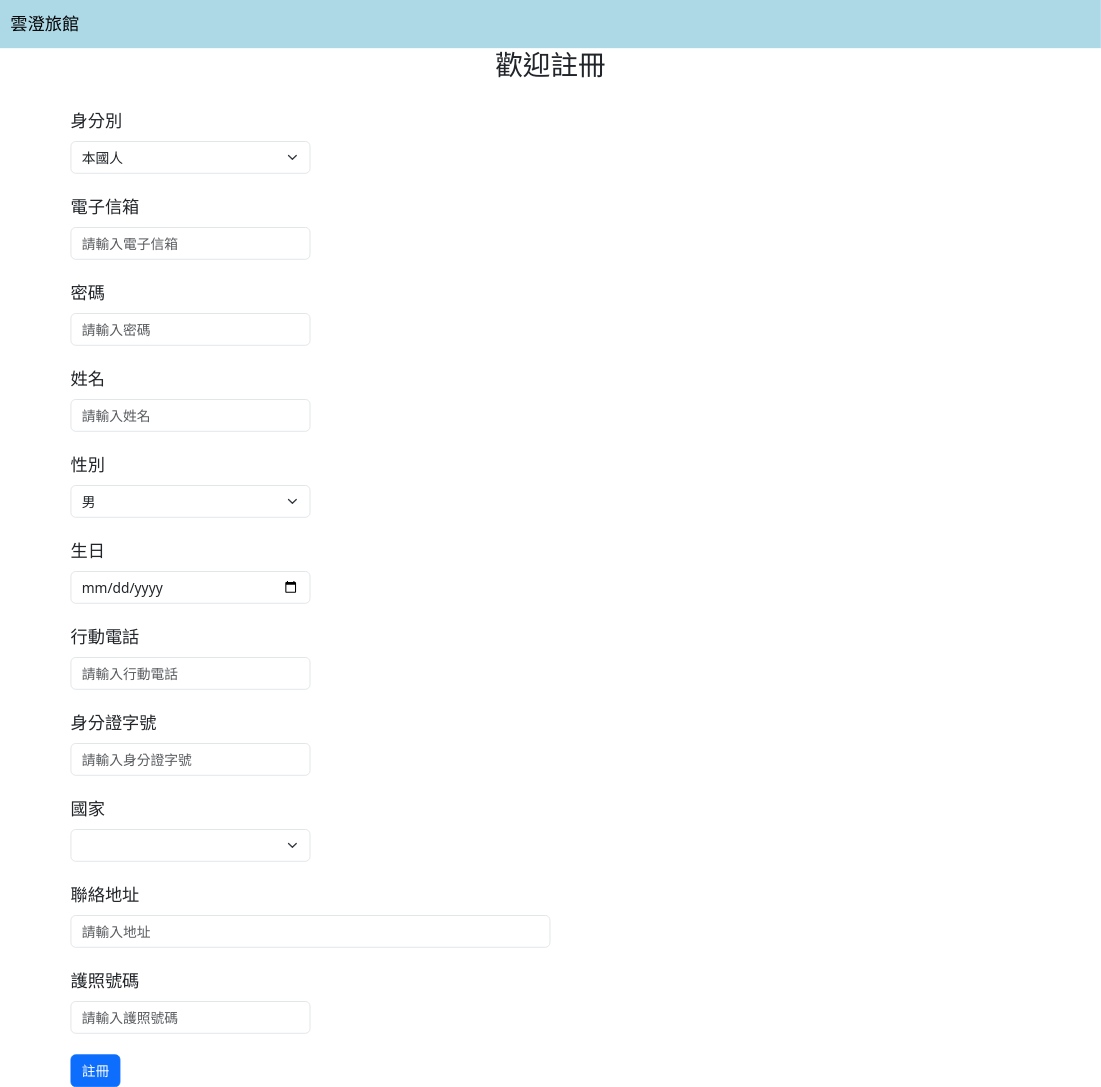
Repository: f97022/EEIT90
Page: project/CloudSerenityHotel/src/main/webapp/static/register.html
An editor plug-in stored every save of this project. The page is shown before and after the next save, followed by the edit.
The browser window is 1280 px wide. The pictures show the whole page, at 86% of full size.
The page's requests for data from a server got no answer.

Above is the page before, as saved 2024-11-24 10:04:27.

After the next save:
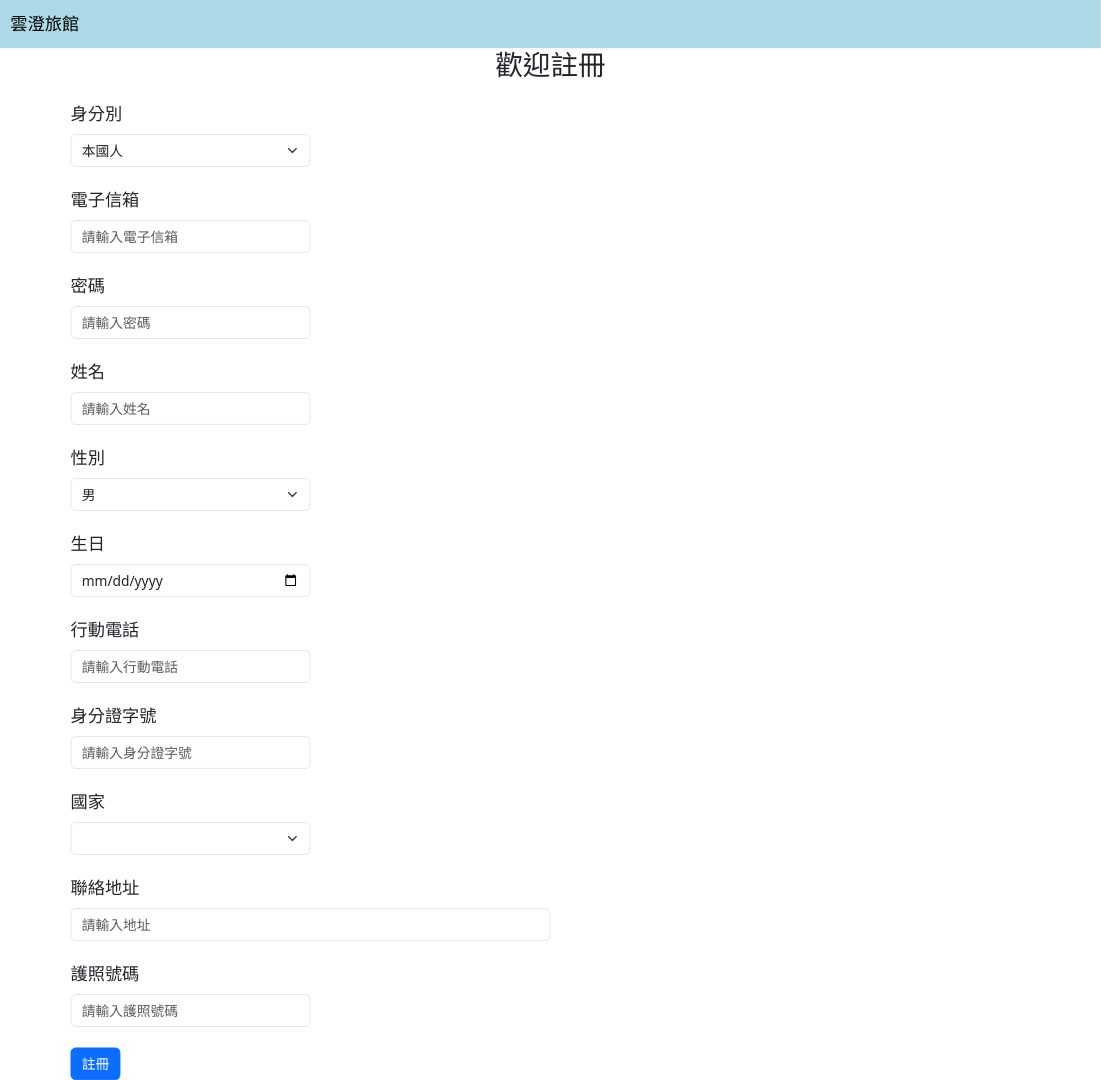
Saved 26 s later.
--- a/project/CloudSerenityHotel/src/main/webapp/static/register.html
+++ b/project/CloudSerenityHotel/src/main/webapp/static/register.html
@@ -29,9 +29,7 @@
     </nav>
     <div class="container ">
         <form method="post" action="/user/register">
-            <center>
-                <h2>歡迎註冊</h2>
-            </center>
+            <h2 style='text-align: center;margin: 0;'>歡迎註冊</h2>
             <br>
             <label for="identity" class="form-label fs-5">身分別</label>
             <select class="form-select w-25" id="identity" required>
